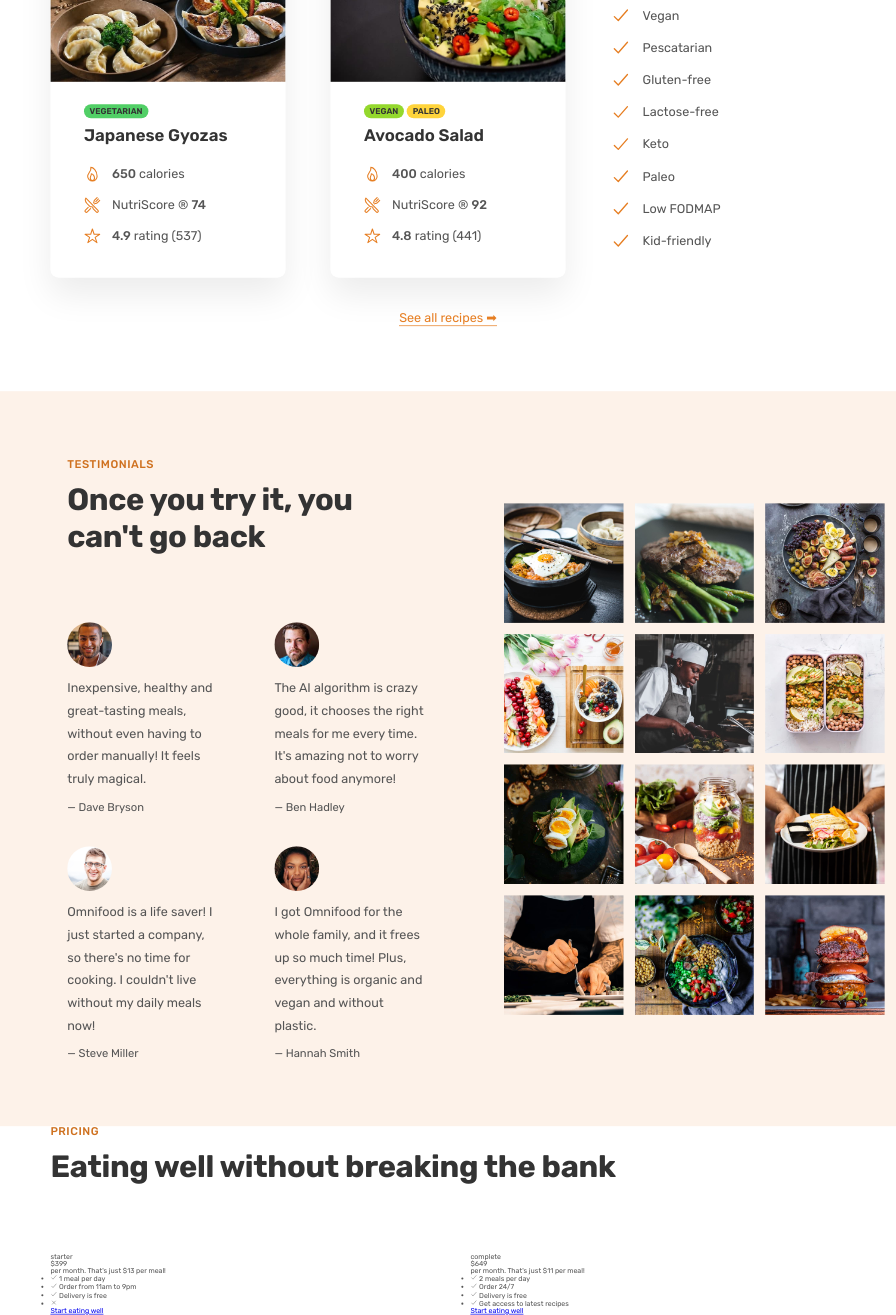
Repository: TranPhucThinh/Omnifood
Page: index.html
An editor plug-in stored every save of this project. The page is shown before and after the next save, followed by the edit.
The browser window is 1280 px wide. The pictures show the part of the page from y = 3037 to 4957 px (the page is 4916 px tall before and 4957 px after), at 70% of full size.

Above is the page before, as saved 2022-08-06 22:32:26.

### index.html
<!DOCTYPE html>
<html lang="en">

<head>
    <meta charset="UTF-8">
    <meta http-equiv="X-UA-Compatible" content="IE=edge">
    <meta name="viewport" content="width=device-width, initial-scale=1.0">

    <link rel="preconnect" href="https://fonts.googleapis.com">
    <link rel="preconnect" href="https://fonts.gstatic.com" crossorigin>
    <link href="https://fonts.googleapis.com/css2?family=Rubik:wght@300;400;500;600;700;800;900&display=swap"
        rel="stylesheet">

    <link rel="stylesheet" href="./assets/styles/general.css">
    <link rel="stylesheet" href="./assets/styles/style.css">

    <title>Omnifood</title>
</head>

<body>
    <!-- SECTION HEADER -->
    <div class="header">
        <a href="#">
            <img src="./assets/imgs/omnifood-logo.png" alt="Omnifood logo" class="header-logo">
        </a>
        <nav class="main-nav">
            <ul class="main-nav-list">
                <li>
                    <a href="#" class="main-nav-link">How it works</a>
                </li>
                <li>
                    <a href="#" class="main-nav-link">Meals</a>
                </li>
                <li>
                    <a href="#" class="main-nav-link">Testimonials</a>
                </li>
                <li>
                    <a href="#" class="main-nav-link">Pricing</a>
                </li>
                <li>
                    <a href="#" class="main-nav-link nav-btn">Try for free</a>
                </li>
            </ul>
        </nav>
    </div>
    <!-- End of SECTION HEADER -->

    <!-- SECTION HERO -->
    <section class="section-hero">
        <div class="hero">
            <div class="hero-text-box">
                <h1 class="heading-primary">A healthy meal delivered to your door, every single day</h1>
                <p class="hero-desc margin-bottom-md">The smart 365-days-per-year food subscription that will make you
                    eat healthy again.
                    Tailored to your personal tastes and nutritional needs.</p>
                <a href="#" class="btn btn--full margin-right-sm">Start eating well</a>
                <a href="#" class="btn btn--outline">Learn more ⬇</a>
                <div class="delivered-meals">
                    <div class="delivered-imgs">
                        <img src="./assets/imgs/customers/customer-1.jpg" alt="customer 1">
                        <img src="./assets/imgs/customers/customer-2.jpg" alt="customer 2">
                        <img src="./assets/imgs/customers/customer-3.jpg" alt="customer 3">
                        <img src="./assets/imgs/customers/customer-4.jpg" alt="customer 4">
                        <img src="./assets/imgs/customers/customer-5.jpg" alt="customer 5">
                        <img src="./assets/imgs/customers/customer-6.jpg" alt="customer 6">
                    </div>
                    <p class="delivered-text">
                        <span>250,000+</span> meals delivered last year!
                    </p>
                </div>
            </div>
            <div class="hero-img-box">
                <img src="./assets/imgs/hero.png"
                    alt="woman enjoy food, meals in storage container, and food bowls on a table" class="hero-img">
            </div>
        </div>
    </section>
    <!-- End of SECTION HERO -->

    <!-- SECTION FEATURED -->
    <section class="section-featured">
        <div class="container">
            <h2 class="heading-feature-in">As featured in</h2>
            <div class="logos">
                <img src="./assets/imgs/logos/techcrunch.png" alt="Techcrunch logo">
                <img src="./assets/imgs/logos/business-insider.png" alt="business insider logo">
                <img src="./assets/imgs/logos/the-new-york-times.png" alt="The new york time logo">
                <img src="./assets/imgs/logos/forbes.png" alt="Forbes logo">
                <img src="./assets/imgs/logos/usa-today.png" alt="Usa today logo">
            </div>
        </div>
    </section>
    <!-- End of SECTION FEATURED -->

    <!-- SECTION HOW IT WORKS -->
    <section class="section-how">
        <div class="container">
            <p class="subheading">HOW IT WORKS</p>
            <h2 class="heading-secondary">Your daily dose of health in 3 simple steps</h2>
        </div>
        <div class="container grid grid--2-cols grid--center-vertical">
            <!-- STEP 1 -->
            <div class="step-text-box">
                <div class="step-number">01</div>
                <h3 class="heading-tertiary">Tell us what you like (and what not)</h3>
                <p class="step-desc">Never again waste time thinking about what to eat! Omnifood AI will create a 100%
                    personalized weekly meal plan just for you. It makes sure you get all the nutrients and vitamins you
                    need, no matter what diet you follow!</p>
            </div>
            <div class="step-img-box">
                <img src="./assets/imgs/app/app-screen-1.png" alt="iPhone app preferences selection screen"
                    class="step-img">
            </div>

            <!-- STEP 2 -->
            <div class="step-img-box">
                <img src="./assets/imgs/app/app-screen-2.png" alt="iPhone app
                meal approving plan screen" class="step-img">
            </div>
            <div class="step-text-box">
                <div class="step-number">02</div>
                <h3 class="heading-tertiary">Approve your weekly meal plan</h3>
                <p class="step-desc">Once per week, approve the meal plan generated for you by Omnifood AI. You can
                    change ingredients, swap entire meals, or even add your own recipes.</p>
            </div>

            <!-- STEP 3 -->
            <div class="step-text-box">
                <div class="step-number">03</div>
                <h3 class="heading-tertiary">Receive meals at convenient time</h3>
                <p class="step-desc">Best chefs in town will cook your selected meal every day, and we will deliver it
                    to your door whenever works best for you. You can change delivery schedule and address daily!</p>
            </div>
            <div class="step-img-box">
                <img src="./assets/imgs/app/app-screen-3.png" alt="iPhone app
                delivery screen" class="step-img">
            </div>
        </div>
    </section>
    <!-- End of SECTION HOW IT WORKS -->

    <!-- SECTION MEALS -->
    <section class="section-meals">
        <div class="container center-text">
            <p class="subheading">Meals</p>
            <h2 class="heading-secondary">Omnifood AI chooses from 5,000+ recipes</h2>
        </div>
        <div class="container grid grid--3-cols margin-bottom-md">
            <div class="meal">
                <img src="./assets/imgs/meals/meal-1.jpg" alt="Japanese Gyozas" class="meal-img">
                <div class="meal-content">
                    <div class="meal-tag">
                        <p class="tag tag--vegetarian">vegetarian</p>
                    </div>
                    <p class="meal-title">Japanese Gyozas</p>
                    <ul class="meal-attributes">
                        <li class="meal-attribute">
                            <ion-icon class="meal-icon" name="flame-outline"></ion-icon>
                            <span><strong>650</strong> calories</span>
                        </li>
                        <li class="meal-attribute">
                            <ion-icon class="meal-icon" name="restaurant-outline"></ion-icon>
                            <span>NutriScore ® <strong>74</strong></span>
                        </li>
                        <li class="meal-attribute">
                            <ion-icon class="meal-icon" name="star-outline"></ion-icon>
                            <span><strong>4.9</strong> rating (537)</span>
                        </li>
                    </ul>
                </div>
            </div>
            <div class="meal">
                <img src="./assets/imgs/meals/meal-2.jpg" alt="Avocado Salad" class="meal-img">
                <div class="meal-content">
                    <div class="meal-tag">
                        <p class="tag tag--vegan">vegan</p>
                        <p class="tag tag---paleo">paleo</p>
                    </div>
                    <p class="meal-title">Avocado Salad</p>
                    <ul class="meal-attributes">
                        <li class="meal-attribute">
                            <ion-icon class="meal-icon" name="flame-outline"></ion-icon>
                            <span><strong>400</strong> calories</span>
                        </li>
                        <li class="meal-attribute">
                            <ion-icon class="meal-icon" name="restaurant-outline"></ion-icon>
                            <span>NutriScore ® <strong>92</strong></span>
                        </li>
                        <li class="meal-attribute">
                            <ion-icon class="meal-icon" name="star-outline"></ion-icon>
                            <span><strong>4.8</strong> rating (441)</span>
                        </li>
                    </ul>
                </div>
            </div>
            <div class="diet">
                <h3 class="heading-tertiary">Works with any diet:</h3>
                <ul class="list">
                    <li class="list-item">
                        <ion-icon class="list-icon" name="checkmark-outline"></ion-icon>
                        <span>Vegetarian</span>
                    </li>
                    <li class="list-item">
                        <ion-icon class="list-icon" name="checkmark-outline"></ion-icon>
                        <span>Vegan</span>
                    </li>
                    <li class="list-item">
                        <ion-icon class="list-icon" name="checkmark-outline"></ion-icon>
                        <span>Pescatarian</span>
                    </li>
                    <li class="list-item">
                        <ion-icon class="list-icon" name="checkmark-outline"></ion-icon>
                        <span>Gluten-free</span>
                    </li>
                    <li class="list-item">
                        <ion-icon class="list-icon" name="checkmark-outline"></ion-icon>
                        <span>Lactose-free</span>
                    </li>
                    <li class="list-item">
                        <ion-icon class="list-icon" name="checkmark-outline"></ion-icon>
                        <span>Keto</span>
                    </li>
                    <li class="list-item">
                        <ion-icon class="list-icon" name="checkmark-outline"></ion-icon>
                        <span>Paleo</span>
                    </li>
                    <li class="list-item">
                        <ion-icon class="list-icon" name="checkmark-outline"></ion-icon>
                        <span>Low FODMAP</span>
                    </li>
                    <li class="list-item">
                        <ion-icon class="list-icon" name="checkmark-outline"></ion-icon>
                        <span>Kid-friendly</span>
                    </li>
                </ul>
            </div>
        </div>
        <div class="container all-recipes center-text">
            <a href="#" class="link">See all recipes ➡</a>
        </div>
    </section>
    <!-- End of SECTION MEALS -->

    <!-- SECTION TESTIMONIALS -->
    <div class="section-testimonials">
        <div class="testimonials-container">
            <div class="subheading">testimonials</div>
            <h2 class="heading-secondary">Once you try it, you can't go back</h2>
            <div class="testimonials">
                <div class="testimonial">
                    <img src="./assets/imgs/customers/dave.jpg" alt="Photo of customer Dave Bryson"
                        class="testimonial-img">
                    <blockquote class="testimonial-text">Inexpensive, healthy and great-tasting meals, without even
                        having to order manually! It feels truly magical.</blockquote>
                    <p class="testimonial-name">— Dave Bryson</p>
                </div>
                <div class="testimonial">
                    <img src="./assets/imgs/customers/ben.jpg" alt="Photo of customer Ben Hadley"
                        class="testimonial-img">
                    <blockquote class="testimonial-text">The AI algorithm is crazy good, it chooses the right meals for
                        me every time. It's amazing not to worry about food anymore!</blockquote>
                    <p class="testimonial-name">— Ben Hadley</p>
                </div>
                <div class="testimonial">
                    <img src="./assets/imgs/customers/steve.jpg" alt="Photo of customer Steve Miller"
                        class="testimonial-img">
                    <blockquote class="testimonial-text">Omnifood is a life saver! I just started a company, so there's
                        no time for cooking. I couldn't live without my daily meals now!</blockquote>
                    <p class="testimonial-name">— Steve Miller</p>
                </div>
                <div class="testimonial">
                    <img src="./assets/imgs/customers/hannah.jpg" alt="Photo of customer Hannah Smith"
                        class="testimonial-img">
                    <blockquote class="testimonial-text">I got Omnifood for the whole family, and it frees up so much
                        time! Plus, everything is organic and vegan and without plastic.</blockquote>
                    <p class="testimonial-name">— Hannah Smith</p>
                </div>
            </div>
        </div>
        <div class="gallery">
            <div class="gallery-item">
                <img src="./assets/imgs/gallery/gallery-1.jpg" alt="Photo of beautifully arranged food">
            </div>
            <div class="gallery-item">
                <img src="./assets/imgs/gallery/gallery-2.jpg" alt="Photo of beautifully arranged food">
            </div>
            <div class="gallery-item">
                <img src="./assets/imgs/gallery/gallery-3.jpg" alt="Photo of beautifully arranged food">
            </div>
            <div class="gallery-item">
                <img src="./assets/imgs/gallery/gallery-4.jpg" alt="Photo of beautifully arranged food">
            </div>
            <div class="gallery-item">
                <img src="./assets/imgs/gallery/gallery-5.jpg" alt="Photo of beautifully arranged food">
            </div>
            <div class="gallery-item">
                <img src="./assets/imgs/gallery/gallery-6.jpg" alt="Photo of beautifully arranged food">
            </div>
            <div class="gallery-item">
                <img src="./assets/imgs/gallery/gallery-7.jpg" alt="Photo of beautifully arranged food">
            </div>
            <div class="gallery-item">
                <img src="./assets/imgs/gallery/gallery-8.jpg" alt="Photo of beautifully arranged food">
            </div>
            <div class="gallery-item">
                <img src="./assets/imgs/gallery/gallery-9.jpg" alt="Photo of beautifully arranged food">
            </div>
            <div class="gallery-item">
                <img src="./assets/imgs/gallery/gallery-10.jpg" alt="Photo of beautifully arranged food">
            </div>
            <div class="gallery-item">
                <img src="./assets/imgs/gallery/gallery-11.jpg" alt="Photo of beautifully arranged food">
            </div>
            <div class="gallery-item">
                <img src="./assets/imgs/gallery/gallery-12.jpg" alt="Photo of beautifully arranged food">
            </div>
        </div>
    </div>
    <!-- End of SECTION TESTIMONIALS -->

    <!-- SECTION PRICING -->
    <div class="section-pricing">
        <div class="container">
            <p class="subheading">pricing</p>
            <h2 class="heading-secondary">Eating well without breaking the bank</h2>
        </div>
        <div class="container grid grid--2-cols .margin-bottom-md">
            <div class="pricing-plan">
                <header class="plan-name">starter</header>
                <p class="plan-pricing"><span>$</span>399</p>
                <p class="plan-text">per month. That's just $13 per meal!</p>
                <ul class="list-benefits">
                    <li class="benefit">
                        <span class="benefit-icon">
                            <ion-icon name="checkmark-outline"></ion-icon>
                        </span>
                        1 meal per day
                    </li>
                    <li class="benefit">
                        <span class="benefit-icon">
                            <ion-icon name="checkmark-outline"></ion-icon>
                        </span>
                        Order from 11am to 9pm
                    </li>
                    <li class="benefit">
                        <span class="benefit-icon">
                            <ion-icon name="checkmark-outline"></ion-icon>
                        </span>
                        Delivery is free
                    </li>
                    <li class="benefit">
                        <span class="benefit-icon">
                            <ion-icon name="close-outline"></ion-icon>
                        </span>
                    </li>
                </ul>
                <div class="plan-sign-up">
                    <a href="#" class="btn btn--full">Start eating well</a>
                </div>
            </div>
            <div class="pricing-plan">
                <header class="plan-name">complete</header>
                <p class="plan-pricing"><span>$</span>649</p>
                <p class="plan-text">per month. That's just $11 per meal!</p>
                <ul class="list-benefits">
                    <li class="benefit">
                        <span class="benefit-icon">
                            <ion-icon name="checkmark-outline"></ion-icon>
                        </span>
                        2 meals per day
                    </li>
                    <li class="benefit">
                        <span class="benefit-icon">
                            <ion-icon name="checkmark-outline"></ion-icon>
                        </span>
                        Order 24/7
                    </li>
                    <li class="benefit">
                        <span class="benefit-icon">
                            <ion-icon name="checkmark-outline"></ion-icon>
                        </span>
                        Delivery is free
                    </li>
                    <li class="benefit">
                        <span class="benefit-icon">
                            <ion-icon name="checkmark-outline"></ion-icon>
                        </span>
                        Get access to latest recipes
                    </li>
                </ul>
                <div class="plan-sign-up">
                    <a href="#" class="btn btn--full">Start eating well</a>
                </div>
            </div>
        </div>
    </div>
    <!-- End of SECTION PRICING -->

    <script type="module" src="https://unpkg.com/ionicons@5.5.2/dist/ionicons/ionicons.esm.js"></script>
    <script nomodule src="https://unpkg.com/ionicons@5.5.2/dist/ionicons/ionicons.js"></script>
</body>

</html>

### assets/styles/general.css
* {
  margin: 0;
  padding: 0;
  box-sizing: border-box;
}

html {
  font-size: 62.5%;
}

body {
  font-family: 'Rubik', sans-serif;
  line-height: 1;
  font-weight: 400;
  color: #555;
}

/* GENERAL REUSABLE COMPONENTS */
.container {
  max-width: 120rem;
  padding: 0 3.2rem;
  margin: 0 auto;
}

.grid {
  display: grid;
  row-gap: 9.6rem;
  column-gap: 6.4rem;
}

.grid--2-cols {
  grid-template-columns: repeat(2, 1fr);
}

.grid--3-cols {
  grid-template-columns: repeat(3, 1fr);
}

.grid--4-cols {
  grid-template-columns: repeat(4, 1fr);
}

.grid--center-vertical {
  align-items: center;
}

.heading-primary,
.heading-secondary,
.heading-tertiary {
  letter-spacing: -0.5px;
  color: #333;
  font-weight: 700;
}

.heading-primary {
  line-height: 1.05;
  font-size: 5.2rem;
  margin-bottom: 3.2rem;
}

.heading-secondary {
  font-size: 4.4rem;
  line-height: 1.2;
  margin-bottom: 9.6rem;
}

.heading-tertiary {
  font-size: 3rem;
  line-height: 1.2;
  margin-bottom: 3.2rem;
}

.subheading {
  font-size: 1.6rem;
  color: #cf711f;
  margin-bottom: 1.6rem;
  font-weight: 500;
  letter-spacing: 0.75px;
  text-transform: uppercase;
}

.hero-text-box .btn:link,
.hero-text-box .btn:visited {
  text-decoration: none;
  font-size: 2rem;
  font-weight: 600;
  display: inline-block;
  border-radius: 8px;
  padding: 1.6rem 3.2rem;
  transition: all 0.3s;
}

.hero-text-box .btn--full:link,
.hero-text-box .btn--full:visited {
  color: #fff;
  background-color: #e67e22;
}

.hero-text-box .btn--full:hover,
.hero-text-box .btn--full:active {
  background-color: #cf711f;
}

.hero-text-box .btn--outline:link,
.hero-text-box .btn--outline:visited {
  color: #555;
  background-color: #fff;
  border: -4px solid #fff;
}

.hero-text-box .btn--outline:hover,
.hero-text-box .btn--outline:active {
  background-color: #fdf2e9;
}

.step-img-box::before,
.step-img-box::after {
  content: '';
  display: block;
  position: absolute;
  top: 50%;
  left: 50%;
  transform: translate(-50%, -50%);
  border-radius: 50%;
}

.center-text {
  text-align: center;
}

.margin-right-sm {
  margin-right: 1.6rem !important;
}

.margin-bottom-md {
  margin-bottom: 4.8rem !important;
}
/* END of GENERAL REUSABLE COMPONENTS */

Loaded but not shown: assets/styles/style.css (354 lines, source omitted)

After the next save:
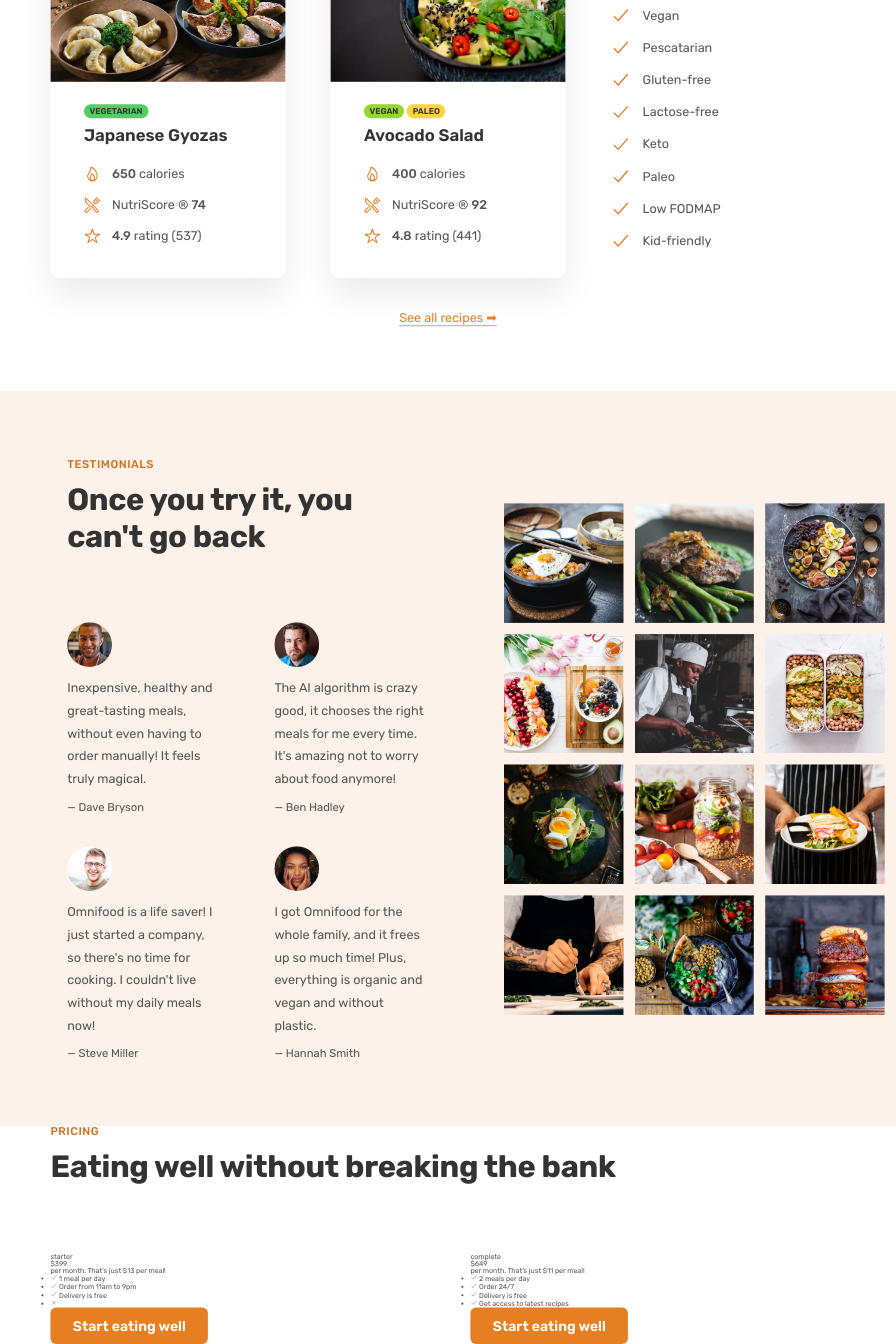
Saved 27 s later.
--- a/assets/styles/general.css
+++ b/assets/styles/general.css
@@ -79,8 +79,8 @@
   text-transform: uppercase;
 }
 
-.hero-text-box .btn:link,
-.hero-text-box .btn:visited {
+.btn:link,
+.btn:visited {
   text-decoration: none;
   font-size: 2rem;
   font-weight: 600;
@@ -90,26 +90,26 @@
   transition: all 0.3s;
 }
 
-.hero-text-box .btn--full:link,
-.hero-text-box .btn--full:visited {
+.btn--full:link,
+.btn--full:visited {
   color: #fff;
   background-color: #e67e22;
 }
 
-.hero-text-box .btn--full:hover,
-.hero-text-box .btn--full:active {
+.btn--full:hover,
+.btn--full:active {
   background-color: #cf711f;
 }
 
-.hero-text-box .btn--outline:link,
-.hero-text-box .btn--outline:visited {
+.btn--outline:link,
+.btn--outline:visited {
   color: #555;
   background-color: #fff;
   border: -4px solid #fff;
 }
 
-.hero-text-box .btn--outline:hover,
-.hero-text-box .btn--outline:active {
+.btn--outline:hover,
+.btn--outline:active {
   background-color: #fdf2e9;
 }
 
